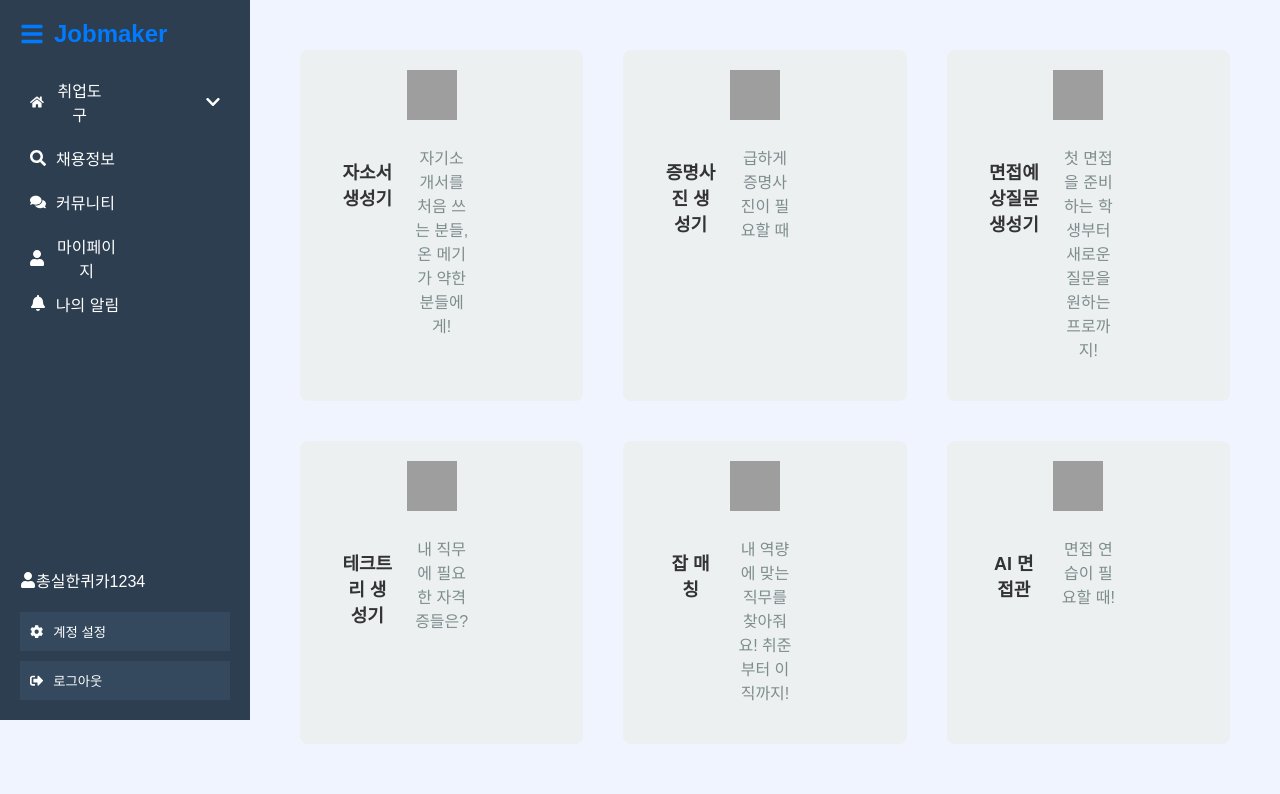
Repository: HSfac/jobmaker
Page: /main
The author's editor kept a copy of each file at every save. The page is drawn from the files as they stood at one save, then again after the next save.
The browser window is 1280 px wide. The pictures show the whole page.
Pictures or frames that could not be fetched are drawn as grey boxes. The project was rebuilt for these pictures with package versions that can differ from the ones it lists, and the page was loaded fresh each time. Also part of the build but not shown: src/components/Header.jsx, src/components/Footer.css, src/components/Footer.jsx, src/pages/LandingPage.jsx, src/pages/InfosPage.jsx, src/pages/CommunityPage.jsx, src/pages/MyPage.jsx, src/components/SocialLoginButton.css and 15 more.

Above is the page before, as saved 2024-07-13 17:47:44.

### src/App.js
import React from 'react';
import { BrowserRouter as Router, Route, Routes } from 'react-router-dom';
import MainPage from './pages/MainPage';
import LandingPage from './pages/LandingPage';
import InfosPage from './pages/InfosPage';
import CommunityPage from './pages/CommunityPage';
import MyPage from './pages/MyPage';
import LoginPage from './pages/LoginPage';
import SignupPage from './pages/SignupPage';
import EmailSignupPage from './pages/EmailSignupPage';

import ResumeGeneratorPage from './pages/tools/ResumeGeneratorPage';
import PhotoGeneratorPage from './pages/tools/PhotoGeneratorPage';
import InterviewQuestionsGeneratorPage from './pages/tools/InterviewQuestionsGeneratorPage';
import TechTreeGeneratorPage from './pages/tools/TechTreeGeneratorPage';
import JobMatchingPage from './pages/tools/JobMatchingPage';
import AIInterviewerPage from './pages/tools/AIInterviewerPage';

import MainLayout from './layouts/MainLayout'; // 새로 생성한 레이아웃 컴포넌트
import './App.css';

function App() {
  return (
    <Router>
      <div className="App">
        <Routes>
          <Route path="/" element={<LandingPage />} />
          <Route path="/login" element={<LoginPage />} />
          <Route path="/signup" element={<SignupPage />} />
          <Route path="/email-signup" element={<EmailSignupPage />} />
          <Route element={<MainLayout />}>
            <Route path="/main" element={<MainPage />} />
            <Route path="/infos" element={<InfosPage />} />
            <Route path="/community" element={<CommunityPage />} />
            <Route path="/mypage" element={<MyPage />} />
            <Route path="/tools/resume-generator" element={<ResumeGeneratorPage />} />
            <Route path="/tools/photo-generator" element={<PhotoGeneratorPage />} />
            <Route path="/tools/interview-questions-generator" element={<InterviewQuestionsGeneratorPage />} />
            <Route path="/tools/tech-tree-generator" element={<TechTreeGeneratorPage />} />
            <Route path="/tools/job-matching" element={<JobMatchingPage />} />
            <Route path="/tools/ai-interviewer" element={<AIInterviewerPage />} />
          </Route>
        </Routes>
      </div>
    </Router>
  );
}

export default App;

### src/pages/MainPage.jsx
// MainPage.jsx
import React from 'react';
import ToolCard from '../components/ToolCard';
import './MainPage.css';

const tools = [
  {
    title: "자소서 생성기",
    description: "자기소개서를 처음 쓰는 분들, 온 메기가 약한 분들에게!",
    image: "../assets/images/icons/icon2.png",
    link: "/tools/resume-generator",
  },
  {
    title: "증명사진 생성기",
    description: "급하게 증명사진이 필요할 때",
    image: "../assets/images/icons/icon2.png",
    link: "/tools/photo-generator",
  },
  {
    title: "면접예상질문 생성기",
    description: "첫 면접을 준비하는 학생부터 새로운 질문을 원하는 프로까지!",
    image: "../assets/images/icons/icon2.png",
    link: "/tools/interview-questions-generator",
  },
  {
    title: "테크트리 생성기",
    description: "내 직무에 필요한 자격증들은?",
    image: "../assets/images/icons/icon2.png",
    link: "/tools/tech-tree-generator",
  },
  {
    title: "잡 매칭",
    description: "내 역량에 맞는 직무를 찾아줘요! 취준부터 이직까지!",
    image: "../assets/images/icons/icon2.png",
    link: "/tools/job-matching",
  },
  {
    title: "AI 면접관",
    description: "면접 연습이 필요할 때!",
    image: "../assets/images/icons/icon2.png",
    link: "/tools/ai-interviewer",
  },
];

const MainPage = () => {
  return (
    <div className="main-page">
      <div className="content">
        {tools.map((tool, index) => (
          <ToolCard
            key={index}
            title={tool.title}
            description={tool.description}
            image={tool.image}
            link={tool.link}
          />
        ))}
      </div>
    </div>
  );
};

export default MainPage;

### src/layouts/MainLayout.jsx
import React from 'react';
import { Outlet } from 'react-router-dom';
import Sidebar from '../components/Sidebar';
//import './MainLayout.css';

const MainLayout = () => {
  return (
    <div className="main-layout">
      <Sidebar />
      <div className="page-content">
        <Outlet />
      </div>
    </div>
  );
};

export default MainLayout;

### src/App.css
.App {
  font-family: sans-serif;
  text-align: center;
  height: 100vh;
  display: flex;
  flex-direction: column;
}

.main-content {
  display: flex;
  flex: 1;
}

.page-content {
  flex: 1;
  padding: 20px;
  margin-left: 250px; /* 사이드바의 넓이만큼 왼쪽 여백을 설정 */
  transition: margin-left 0.3s;
}

.sidebar.closed + .page-content {
  margin-left: 80px; /* 사이드바가 닫혔을 때 여백 설정 */
}

### src/components/ToolCard.jsx
// ToolCard.jsx
import React from 'react';
import { useNavigate } from 'react-router-dom';
import './ToolCard.css';

const ToolCard = ({ title, description, image, link }) => {
  const navigate = useNavigate();

  const handleClick = () => {
    navigate(link);
  };

  return (
    <div className="tool-card" onClick={handleClick}>
      <img src={image} alt={title} className="icon" />
      <div className="content">
        <h3>{title}</h3>
        <p>{description}</p>
      </div>
    </div>
  );
};

export default ToolCard;

### src/pages/MainPage.css
.main-page {
  display: flex;
}

.content {
  flex-grow: 1;
  padding: 20px;
  display: grid;
  grid-template-columns: repeat(3, 1fr);
  gap: 20px;
}

### src/pages/LandingPage.css
/* LandingPage.css */

@font-face {
  font-family: 'Pretendard';
  src: url('../assets/fonts/Pretendard-Regular.ttf') format('truetype');
  font-weight: 400;
}

@font-face {
  font-family: 'Pretendard';
  src: url('../assets/fonts/Pretendard-SemiBold.ttf') format('truetype');
  font-weight: 600;
}
:root {
  --bg-color: #f0f4ff;
  --text-color: #333;
  --primary-color: #3a73e1;
  --secondary-color: #fff;
  --question-bg-color: #4a90e2;
}

[data-theme="dark"] {
  --bg-color: #121212;
  --text-color: #e0e0e0;
  --primary-color: #bb86fc;
  --secondary-color: #333;
  --question-bg-color: #3700b3;
}

body {
  background-color: var(--bg-color);
  color: var(--text-color);
  margin: 0;
  padding: 0;
  font-family: 'Pretendard', sans-serif;
}

.landing-page {
  display: flex;
  flex-direction: column;
  min-height: 100vh;
}

.main-content {
  flex: 1;
  display: flex;
  flex-direction: column;
  align-items: center;
  background-color: var(--primary-color);
  color: var(--secondary-color);
}

.hero {
  display: flex;
  justify-content: space-between;
  align-items: center;
  max-width: 1200px;
  width: 100%;
  padding: 50px;
}


.hero-text h1 {
  font-size: 4em; /* Increased font size */
  font-family: 'Pretendard', sans-serif;
  font-weight: 600; /* SemiBold */
  margin-bottom: 20px;
}

.hero-text p {
  font-family: 'Pretendard', sans-serif;
  font-weight: 400; /* Regular */
}

.hero-text button.primary {
  background-color: var(--secondary-color);
  color: var(--primary-color);
  padding: 10px 20px;
  border: none;
  border-radius: 5px;
  font-size: 1.2em;
  cursor: pointer;
  transition: border-color 0.3s;
}

.hero-text button.primary:hover {
  border: 2px solid var(--primary-color);
}

.hero-images {
  flex: 1;
  display: flex;
  justify-content: center;
  align-items: center;


}

.hero-images img {
  max-width: 100%;
  height: auto;

}

.second-section {
  width: 100%;
  font-size: 1.5em;
  padding: 50px 20px;
  background-color: var(--bg-color);
  color: var(--text-color);
  text-align: center;
  position: relative;
  overflow: hidden;
  font-weight: 700; /* SemiBold */
}

.second-section h2 {
  color: var(--primary-color);
  font-size: 1.5em;
  font-weight: 700; /* SemiBold */
}

.sliding-images {
  display: flex;
  flex-direction: column;
  align-items: center;
  justify-content: center;
  height: 280px; /* Adjust as needed */
  position: relative;
}

.sliding-images img {
  width: 300%; /* Make the images smaller */
  position: absolute;
  animation-duration: 30s; /* Slow down the animation */
  animation-timing-function: linear;
  animation-iteration-count: infinite;
}

.sliding-images img:nth-child(1) {
  top: 0;
  left: -100%;
  animation-name: slide-in-left;
}

.sliding-images img:nth-child(2) {
  top: 50%;
  left: 100%;
  animation-name: slide-in-right;
}

@keyframes slide-in-left {
  0%, 100% {
    left: -100%;
  }
  50% {
    left: 100%;
  }
}

@keyframes slide-in-right {
  0%, 100% {
    left: 100%;
  }
  50% {
    left: -100%;
  }
}

.generators {
  display: flex;
  justify-content: space-around;
  flex-wrap: wrap;
}

.generator-card {
  background-color: var(--secondary-color);
  color: var(--primary-color);
  border-radius: 10px;
  padding: 20px;
  margin: 10px;
  width: 200px;
  cursor: pointer;
  transition: transform 0.2s;
}

.generator-card:hover {
  transform: scale(1.05);
}

.generator-card h3 {
  margin-top: 0;
}

.generator-card p {
  margin: 10px 0 0;
  font-size: 20px;
}

/* 기존 CSS 생략 */

.third-section {

  width: 100%;
  padding: 10px 20px;
  background-color: var(--bg-color);
  color: var(--text-color);
  text-align: center;

}

.third-section h2 {
  font-size: 2.2em;
  color: var(--primary-color);
  font-weight: 700; /* SemiBold */
}

.third-section h3 {
  font-size: 1em;
  font-weight: 600; /* SemiBold */
}

.example-container {
  display: flex;
  flex-wrap: wrap;
  justify-content: center;
  gap: 20px;
  margin-top: 20px;
  flex-direction: column; /* 세로로 배치 */
}

.example-image.left {
  align-self: flex-start;
  margin: 0 50px; /* 이미지 양옆 여백 설정 */
  animation: slide-left 5s infinite;
}

.example-image.center1 {
  align-self: center;
  margin: 0 50px; /* 이미지 양옆 여백 설정 */
}

.example-image.right {
  align-self: flex-end;
  margin: 0 50px; /* 이미지 양옆 여백 설정 */
  animation: slide-right 5s infinite;
}

.example-image.center2 {
  align-self: center;
  margin: 0 50px; /* 이미지 양옆 여백 설정 */
}

@keyframes slide-left {
  0% {
    transform: translateX(0);
  }
  50% {
    transform: translateX(-20px); /* 원하는 슬라이드 거리 설정 */
  }
  100% {
    transform: translateX(0);
  }
}

@keyframes slide-right {
  0% {
    transform: translateX(0);
  }
  50% {
    transform: translateX(20px); /* 원하는 슬라이드 거리 설정 */
  }
  100% {
    transform: translateX(0);
  }
}

/* 기존 CSS 생략 */




.fourth-section {
  width: 100%;
  padding: 50px 20px;
  background-color: var(--bg-color);
  color: var(--text-color);
  text-align: center;
}

.fourth-section h2 {
  font-size: 2.2em;
  color: var(--primary-color);
  font-weight: 700; /* SemiBold */
  margin-bottom: 10px;
}

.fourth-section h3 {
  font-size: 26px;
  font-weight: 700; /* SemiBold */
  margin-bottom: 30px;
}

.sliding-tags {
  overflow: hidden;
  white-space: nowrap;
  box-sizing: border-box;
}

.tags-wrapper {
  display: inline-block;
  animation: slide 45s linear infinite;

}

.tag {
  font-size: 20px;
  display: inline-block;
  background-color: var(--primary-color);
  color: var(--secondary-color);
  padding: 20px 40px;
  margin: 0 10px;
  border-radius: 500px;
  font-weight: 600; /* SemiBold */
}

@keyframes slide {
  0% {
    transform: translateX(100%);
  }
  100% {
    transform: translateX(-100%);
  }
}

.fifth-section {
  width: 100%;
  padding: 50px 20px;
  background-color: var(--bg-color);
  color: var(--text-color);
  text-align: center;
}

.fifth-section h2 {
  margin-top: 70px;
  font-size: 2.2em;
  color: var(--primary-color);
  font-weight: 700; /* SemiBold */
}

.fifth-section h3 {
  font-size: 26px;
  font-weight: 700; /* SemiBold */
  margin-top: 10px;
  margin-bottom: 30px;
}

.pricing-plans {
  display: flex;
  justify-content: center;
  gap: 25px;
  flex-wrap: wrap;
  margin-bottom: 200px;
}

.plan {
  background-color: var(--secondary-color);
  color: var(--primary-color);
  border-radius: 10px;
  padding: 20px;
  margin: 10px;
  width: 250px;
  text-align: center;
}

.plan h3 {
  margin-top: 0;
}

.plan p {
  font-size: 20px;
  font-weight: 700; /* SemiBold */
}

.plan ul {
  list-style: none;
  padding: 0;
}

.plan ul li {
  margin: 10px 0;
}

.plan button.primary {
  background-color: var(--secondary-color);
  color: var(--primary-color);
  padding: 10px 20px;
  border: 2px solid var(--primary-color);
  border-radius: 5px;
  font-size: 1.2em;
  cursor: pointer;
  transition: background-color 0.3s, color 0.3s;
}

.plan button.primary:hover {
  background-color: var(--primary-color);
  color: var(--secondary-color);
}

.footer {
  background-color: var(--primary-color);
  color: var(--secondary-color);
  padding: 20px;
  text-align: center;
  position: relative;
  bottom: 0;
  width: 100%;
  margin-top: auto;
}

### src/components/Sidebar.jsx
import React, { useState } from 'react';
import { FaHome, FaSearch, FaComments, FaUser, FaBell, FaCog, FaSignOutAlt, FaBars, FaChevronDown, FaChevronUp } from 'react-icons/fa';
import { Link } from 'react-router-dom';
import './Sidebar.css';
import AlertModal from './AlertModal';

const Sidebar = () => {
  const [isOpen, setIsOpen] = useState(true);
  const [isToolsOpen, setIsToolsOpen] = useState(false);
  const [isModalOpen, setIsModalOpen] = useState(false);

  const toggleSidebar = () => {
    setIsOpen(!isOpen);
  };

  const toggleToolsMenu = () => {
    setIsToolsOpen(!isToolsOpen);
  };

  const toggleModal = () => {
    setIsModalOpen(!isModalOpen);
  };

  return (
    <div className={`sidebar ${isOpen ? 'open' : 'closed'}`}>
      <div className="logo" onClick={toggleSidebar}>
        <FaBars />
        {isOpen && <span>Jobmaker</span>}
      </div>
      <ul className="menu">
        <li>
          <div className="menu-item" onClick={toggleToolsMenu}>
            <FaHome />
            {isOpen && <span>취업도구</span>}
            {isOpen && (isToolsOpen ? <FaChevronUp /> : <FaChevronDown />)}
          </div>
          {isToolsOpen && (
            <ul className="submenu">
              <li>
                <Link to="/tools/resume-generator">
                  {isOpen && <span>자소서 생성기</span>}
                </Link>
              </li>
              <li>
                <Link to="/tools/photo-generator">
                  {isOpen && <span>증명사진 생성기</span>}
                </Link>
              </li>
              <li>
                <Link to="/tools/interview-questions-generator">
                  {isOpen && <span>면접예상질문 생성기</span>}
                </Link>
              </li>
              <li>
                <Link to="/tools/tech-tree-generator">
                  {isOpen && <span>테크트리 생성기</span>}
                </Link>
              </li>
              <li>
                <Link to="/tools/job-matching">
                  {isOpen && <span>잡 매칭</span>}
                </Link>
              </li>
              <li>
                <Link to="/tools/ai-interviewer">
                  {isOpen && <span>AI 면접관</span>}
                </Link>
              </li>
            </ul>
          )}
        </li>
        <li>
          <Link to="/infos">
            <FaSearch />
            {isOpen && <span>채용정보</span>}
          </Link>
        </li>
        <li>
          <Link to="/community">
            <FaComments />
            {isOpen && <span>커뮤니티</span>}
          </Link>
        </li>
        <li>
          <Link to="/mypage">
            <FaUser />
            {isOpen && <span>마이페이지</span>}
          </Link>
        </li>
        <li onClick={toggleModal} style={{ cursor: 'pointer' }}>
          <FaBell />
          {isOpen && <span>나의 알림</span>}
        </li>
      </ul>
      <div className="user-info">
        <div className="username">
          <FaUser />
          {isOpen && <span>총실한퀴카1234</span>}
        </div>
        <div className="settings">
          <button className="settings-btn">
            <FaCog />
            {isOpen && <span>계정 설정</span>}
          </button>
          <button className="logout-btn">
            <FaSignOutAlt />
            {isOpen && <span>로그아웃</span>}
          </button>
        </div>
      </div>
      {isModalOpen && <AlertModal onClose={toggleModal} />}
    </div>
  );
};

export default Sidebar;

### src/components/ToolCard.css
.tool-card {
  background-color: #ecf0f1;
  border-radius: 8px;
  padding: 20px;
  margin: 10px;
  display: flex;
  align-items: center;
  cursor: pointer;
  flex-direction: column;
  transition: background-color 0.3s;
}

.tool-card:hover {
  background-color: #bdc3c7;
}

.icon {
  width: 50px;
  height: 50px;
  margin-right: 20px;
}

.content {
  flex-grow: 1;
}

h3 {
  margin: 5;
  font-size: 18px;
}

p {
  margin: 5px 0 0;
  color: #7f8c8d;
}

### src/components/Header.css
.header {
  display: flex;
  justify-content: space-between;
  align-items: center;
  padding: 10px 20px;
  background-color: #f8f9fa;
  border-bottom: 1px solid #e0e0e0;
}

.logo {
  font-size: 24px;
  font-weight: bold;
  color: #007bff;
}

.nav-links a {
  margin-left: 10px;
  color: #333;
  text-decoration: none;
}

.nav-links a:hover {
  text-decoration: underline;
}

### src/components/Sidebar.css
.sidebar {
  width: 250px;
  height: 100vh;
  background-color: #2c3e50;
  color: white;
  padding: 20px;
  box-sizing: border-box;
  display: flex;
  flex-direction: column;
  justify-content: space-between;
  transition: width 0.3s;
  position: fixed;
  top: 0;
  left: 0;
  overflow-y: auto; /* Add scrollbar if content exceeds height */
}

.sidebar.closed {
  width: 80px;
}

.logo {
  font-size: 24px;
  font-weight: bold;
  margin-bottom: 20px;
  cursor: pointer;
  display: flex;
  align-items: center;
}

.logo span {
  margin-left: 10px;
}

.menu {
  list-style: none;
  padding: 0;
  margin: 0;
}

.menu li {
  margin: 0;
}

.menu-item, .menu li a {
  display: flex;
  align-items: center;
  color: white;
  text-decoration: none;
  padding: 10px;
  width: 100%;
  box-sizing: border-box;
  transition: background-color 0.3s;
}

.menu-item:hover, .menu li a:hover {
  background-color: #34495e;
}

.menu-item {
  cursor: pointer;

}

.menu li span {
  margin-left: 10px;
  margin-right: 101px;
}

.submenu {
  list-style: none;
  padding: 0;
  margin: 0;
}

.submenu li {
  margin: 0;
}

.submenu li a {
  padding: 10px 10px 10px 30px; /* Indentation for submenu items */
  display: flex;
  align-items: center;
  color: white;
  text-decoration: none;
  transition: background-color 0.3s;
}

.submenu li a:hover {
  background-color: #34495e;
}

.user-info {
  margin-top: auto;
}

.username {
  display: flex;
  align-items: center;
  margin-bottom: 10px;
}

.email {
  margin-bottom: 10px;
}

.settings {
  display: flex;
  flex-direction: column;
}

.settings-btn, .logout-btn {
  display: flex;
  align-items: center;
  width: 100%;
  margin-top: 10px;
  padding: 10px;
  background-color: #34495e;
  color: white;
  border: none;
  cursor: pointer;
  transition: background-color 0.3s;
}

.settings-btn:hover, .logout-btn:hover {
  background-color: #3d566e;
}

.settings-btn span, .logout-btn span {
  margin-left: 10px;
}

Loaded but not shown: public/index.html (common file); src/index.js (common file); src/index.css (common file); src/reportWebVitals.js (common file)

After the next save:
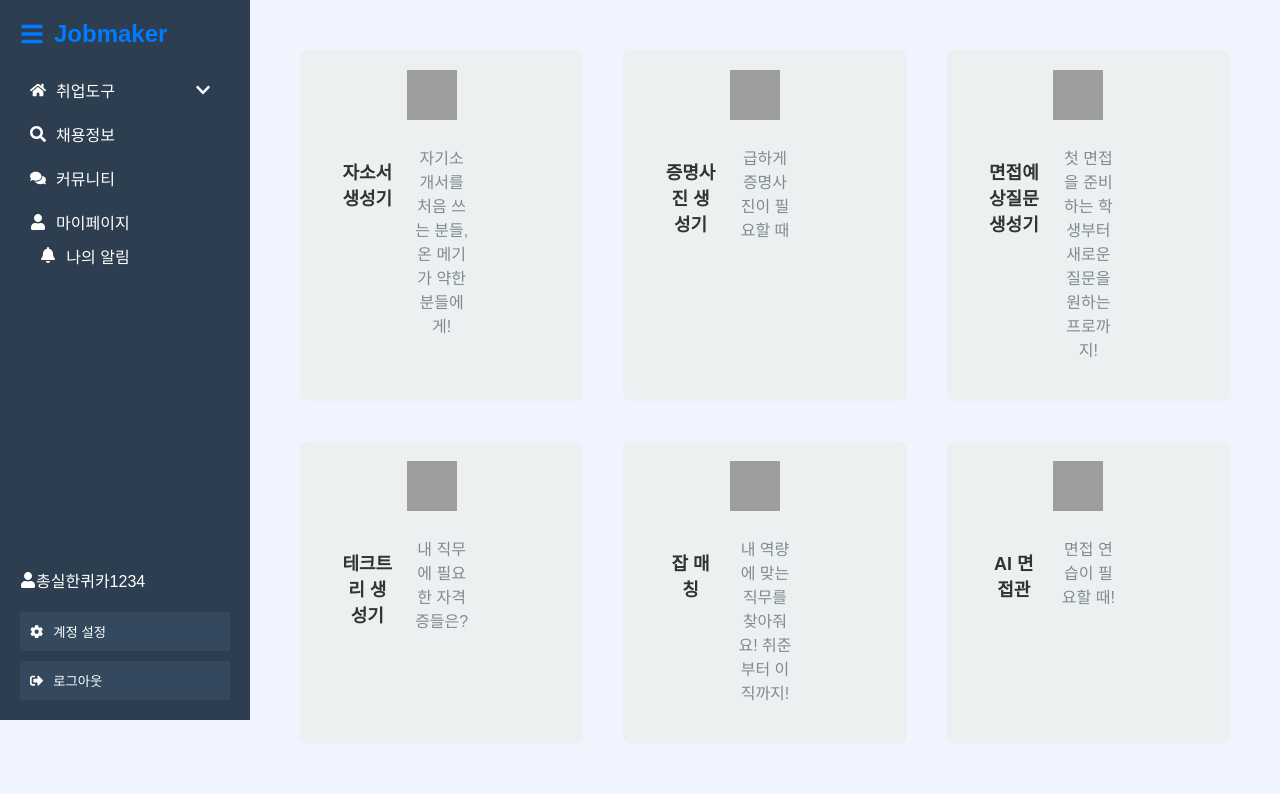
Saved 6 s later.
--- a/src/components/Sidebar.css
+++ b/src/components/Sidebar.css
@@ -64,7 +64,7 @@
 
 .menu li span {
   margin-left: 10px;
-  margin-right: 101px;
+  margin-right: 80px;
 }
 
 .submenu {
